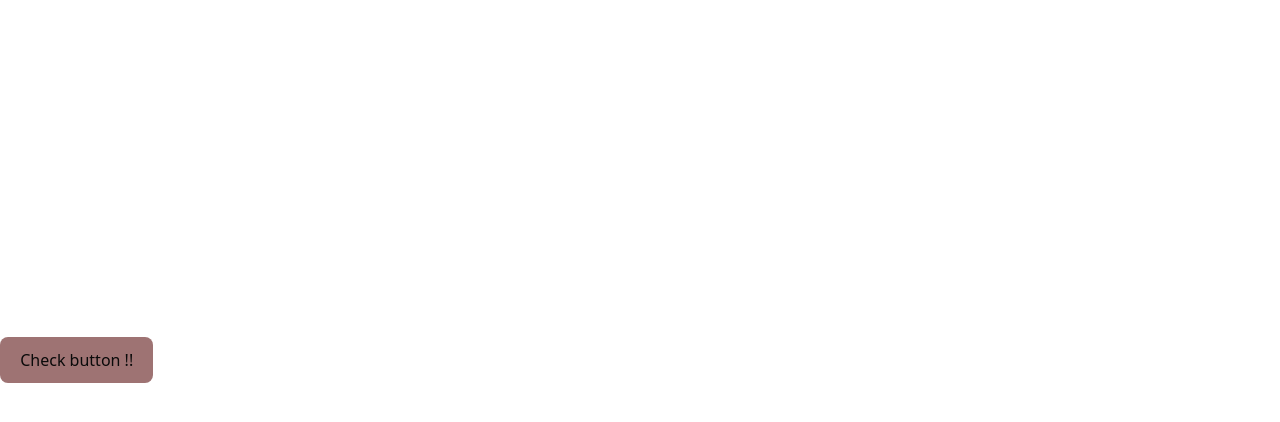
Repository: lowfel1/lms_projet
Page: / (app in client_side/)
These files come from the project's save history. The page is drawn as it stood at one moment and after the next save; the edit follows.
The browser window is 1280 px wide. The pictures show the whole page.
The project was rebuilt for these pictures with package versions that can differ from the ones it lists, and the page was loaded fresh each time. Also part of the build but not shown: client_side/vite.config.js.

Above is the page before, as saved 2025-05-10 22:21:25.

### client_side/src/index.css
@import "tw-animate-css";

@tailwind base;
@tailwind components;
@tailwind utilities;

:root {
  font-family: system-ui, Avenir, Helvetica, Arial, sans-serif;
  line-height: 1.5;
  font-weight: 400;

  color-scheme: light dark;
  color: rgba(255, 255, 255, 0.87);
  background-color: #242424;

  font-synthesis: none;
  text-rendering: optimizeLegibility;
  -webkit-font-smoothing: antialiased;
  -moz-osx-font-smoothing: grayscale;

  --radius: 0.625rem;
  --background: oklch(1 0 0);
  --foreground: oklch(0.145 0 0);
  --card: oklch(1 0 0);
  --card-foreground: oklch(0.145 0 0);
  --popover: oklch(1 0 0);
  --popover-foreground: oklch(0.145 0 0);
  --primary: oklch(0.205 0 0);
  --primary-foreground: oklch(0.985 0 0);
  --secondary: oklch(0.97 0 0);
  --secondary-foreground: oklch(0.205 0 0);
  --muted: oklch(0.97 0 0);
  --muted-foreground: oklch(0.556 0 0);
  --accent: oklch(0.97 0 0);
  --accent-foreground: oklch(0.205 0 0);
  --destructive: oklch(0.577 0.245 27.325);
  --border: oklch(0.922 0 0);
  --input: oklch(0.922 0 0);
  --ring: oklch(0.708 0 0);

  --chart-1: oklch(0.646 0.222 41.116);
  --chart-2: oklch(0.6 0.118 184.704);
  --chart-3: oklch(0.398 0.07 227.392);
  --chart-4: oklch(0.828 0.189 84.429);
  --chart-5: oklch(0.769 0.188 70.08);

  --sidebar: oklch(0.985 0 0);
  --sidebar-foreground: oklch(0.145 0 0);
  --sidebar-primary: oklch(0.205 0 0);
  --sidebar-primary-foreground: oklch(0.985 0 0);
  --sidebar-accent: oklch(0.97 0 0);
  --sidebar-accent-foreground: oklch(0.205 0 0);
  --sidebar-border: oklch(0.922 0 0);
  --sidebar-ring: oklch(0.708 0 0);
}

a {
  font-weight: 500;
  color: #646cff;
  text-decoration: inherit;
}
a:hover {
  color: #535bf2;
}

body {
  margin: 0;
  display: flex;
  place-items: center;
  min-width: 320px;
  min-height: 100vh;
}

h1 {
  font-size: 3.2em;
  line-height: 1.1;
}

button {
  border-radius: 8px;
  border: 1px solid transparent;
  padding: 0.6em 1.2em;
  font-size: 1em;
  font-weight: 500;
  font-family: inherit;
  background-color: #1a1a1a;
  cursor: pointer;
  transition: border-color 0.25s;
}
button:hover {
  border-color: #e61010;
}
button:focus,
button:focus-visible {
  outline: 4px auto -webkit-focus-ring-color;
}

@media (prefers-color-scheme: light) {
  :root {
    color: #213547;
    background-color: #ffffff;
  }
  a:hover {
    color: #0d19f5;
  }
  button {
    background-color: #9e7373;
  }
}

.inline-theme {
  --radius-sm: calc(var(--radius) - 4px);
  --radius-md: calc(var(--radius) - 2px);
  --radius-lg: var(--radius);
  --radius-xl: calc(var(--radius) + 4px);

  --color-background: var(--background);
  --color-foreground: var(--foreground);
  --color-card: var(--card);
  --color-card-foreground: var(--card-foreground);
  --color-popover: var(--popover);
  --color-popover-foreground: var(--popover-foreground);
  --color-primary: var(--primary);
  --color-primary-foreground: var(--primary-foreground);
  --color-secondary: var(--secondary);
  --color-secondary-foreground: var(--secondary-foreground);
  --color-muted: var(--muted);
  --color-muted-foreground: var(--muted-foreground);
  --color-accent: var(--accent);
  --color-accent-foreground: var(--accent-foreground);
  --color-destructive: var(--destructive);
  --color-border: var(--border);
  --color-input: var(--input);
  --color-ring: var(--ring);
  --color-chart-1: var(--chart-1);
  --color-chart-2: var(--chart-2);
  --color-chart-3: var(--chart-3);
  --color-chart-4: var(--chart-4);
  --color-chart-5: var(--chart-5);
  --color-sidebar: var(--sidebar);
  --color-sidebar-foreground: var(--sidebar-foreground);
  --color-sidebar-primary: var(--sidebar-primary);
  --color-sidebar-primary-foreground: var(--sidebar-primary-foreground);
  --color-sidebar-accent: var(--sidebar-accent);
  --color-sidebar-accent-foreground: var(--sidebar-accent-foreground);
  --color-sidebar-border: var(--sidebar-border);
  --color-sidebar-ring: var(--sidebar-ring);
}

.dark {
  --background: oklch(0.145 0 0);
  --foreground: oklch(0.985 0 0);
  --card: oklch(0.205 0 0);
  --card-foreground: oklch(0.985 0 0);
  --popover: oklch(0.205 0 0);
  --popover-foreground: oklch(0.985 0 0);
  --primary: oklch(0.922 0 0);
  --primary-foreground: oklch(0.205 0 0);
  --secondary: oklch(0.269 0 0);
  --secondary-foreground: oklch(0.985 0 0);
  --muted: oklch(0.269 0 0);
  --muted-foreground: oklch(0.708 0 0);
  --accent: oklch(0.269 0 0);
  --accent-foreground: oklch(0.985 0 0);
  --destructive: oklch(0.704 0.191 22.216);
  --border: oklch(1 0 0 / 10%);
  --input: oklch(1 0 0 / 15%);
  --ring: oklch(0.556 0 0);

  --chart-1: oklch(0.488 0.243 264.376);
  --chart-2: oklch(0.696 0.17 162.48);
  --chart-3: oklch(0.769 0.188 70.08);
  --chart-4: oklch(0.627 0.265 303.9);
  --chart-5: oklch(0.645 0.246 16.439);

  --sidebar: oklch(0.205 0 0);
  --sidebar-foreground: oklch(0.985 0 0);
  --sidebar-primary: oklch(0.488 0.243 264.376);
  --sidebar-primary-foreground: oklch(0.985 0 0);
  --sidebar-accent: oklch(0.269 0 0);
  --sidebar-accent-foreground: oklch(0.985 0 0);
  --sidebar-border: oklch(1 0 0 / 10%);
  --sidebar-ring: oklch(0.556 0 0);
}

@layer base {
  * {
    border: var(--border);
    outline: 50% solid var(--ring);
  }

  body {
    background-color: var(--background);
    color: var(--foreground);
    -webkit-font-smoothing: antialiased;
    -moz-osx-font-smoothing: grayscale;
  }
}

### client_side/src/App.jsx

import { Button } from './components/ui/button'

function App() {

  return (
    <>
    <Button className="bg-red-700"> Check button !!</Button>
    </>
  )
}

export default App

### client_side/src/components/ui/button.jsx
import * as React from "react"
import { Slot } from "@radix-ui/react-slot"
import { cva } from "class-variance-authority";
import { cn } from "@/lib/utils"

const buttonVariants = cva(
  "inline-flex items-center justify-center gap-2 whitespace-nowrap rounded-md text-sm font-medium transition-colors focus-visible:outline-none focus-visible:ring-1 focus-visible:ring-ring disabled:pointer-events-none disabled:opacity-50 [&_svg]:pointer-events-none [&_svg]:size-4 [&_svg]:shrink-0",
  {
    variants: {
      variant: {
        default:
          "bg-primary text-primary-foreground shadow hover:bg-primary/90",
        destructive:
          "bg-destructive text-destructive-foreground shadow-sm hover:bg-destructive/90",
        outline:
          "border border-input bg-background shadow-sm hover:bg-accent hover:text-accent-foreground",
        secondary:
          "bg-secondary text-secondary-foreground shadow-sm hover:bg-secondary/80",
        ghost: "hover:bg-accent hover:text-accent-foreground",
        link: "text-primary underline-offset-4 hover:underline",
      },
      size: {
        default: "h-9 px-4 py-2",
        sm: "h-8 rounded-md px-3 text-xs",
        lg: "h-10 rounded-md px-8",
        icon: "h-9 w-9",
      },
    },
    defaultVariants: {
      variant: "default",
      size: "default",
    },
  }
)

const Button = React.forwardRef(({ className, variant, size, asChild = false, ...props }, ref) => {
  const Comp = asChild ? Slot : "button"
  return (
    <Comp
      className={cn(buttonVariants({ variant, size, className }))}
      ref={ref}
      {...props} />
  );
})
Button.displayName = "Button"

export { Button}

### client_side/src/lib/utils.jsx
import { clsx } from "clsx"
import { twMerge } from "tailwind-merge"

// Fusionne proprement les classes CSS avec Tailwind
export function cn(...inputs) {
  return twMerge(clsx(...inputs))
}

### client_side/tailwind.config.js
/** @type {import('tailwindcss').Config} */
export default {
  content: ["./src/**/*.{html,js,css}"],
  theme: {
    extend: {},
  },
  plugins: [],
}

Loaded but not shown: client_side/index.html (common file); client_side/src/main.jsx (common file)

After the next save:
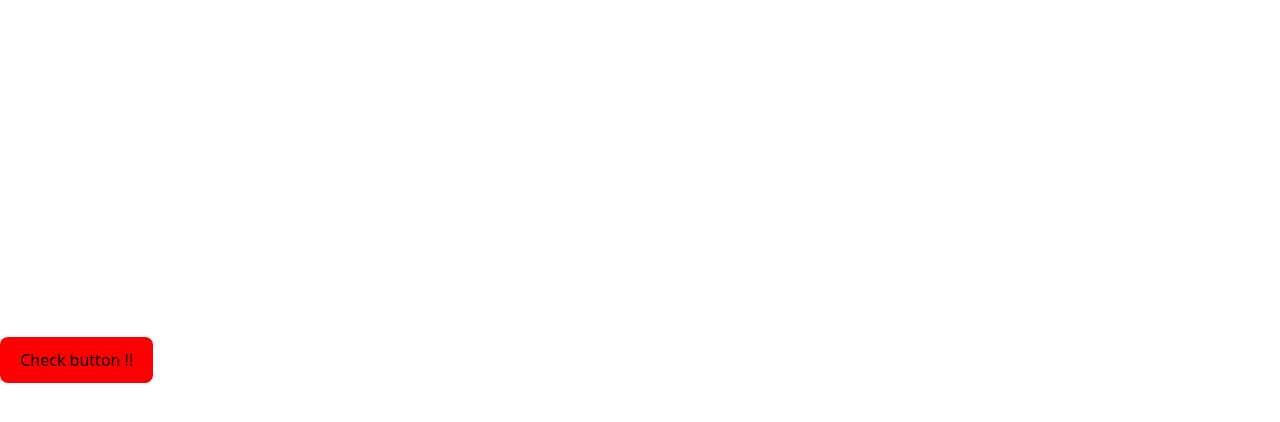
Saved 14 s later.
--- a/client_side/src/index.css
+++ b/client_side/src/index.css
@@ -104,7 +104,7 @@ button:focus-visible {
     color: #0d19f5;
   }
   button {
-    background-color: #9e7373;
+    background-color: #ff0000;
   }
 }
 
